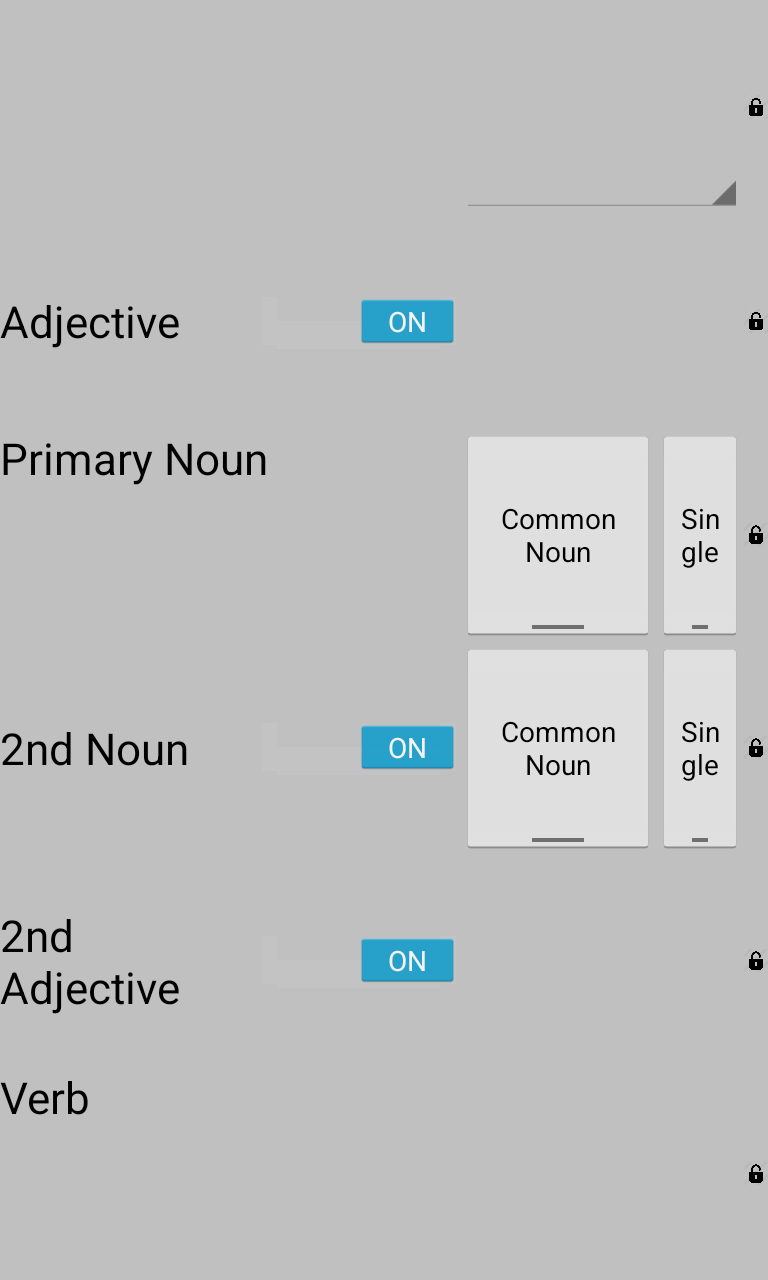
Repository: TheDizzler/TableTopTools
Layout: RPGTools/res/layout/fragment_cause_controls.xml
These files come from the project's save history. The layout is drawn as it stood at one moment and after the next save; the edit follows.
It is drawn on a 768 x 1280 px phone screen (xhdpi) without system bars, with theme AppTheme; the app's code is not run.

Above is the layout before, as saved 2017-03-26 19:31:46.

After the next save:
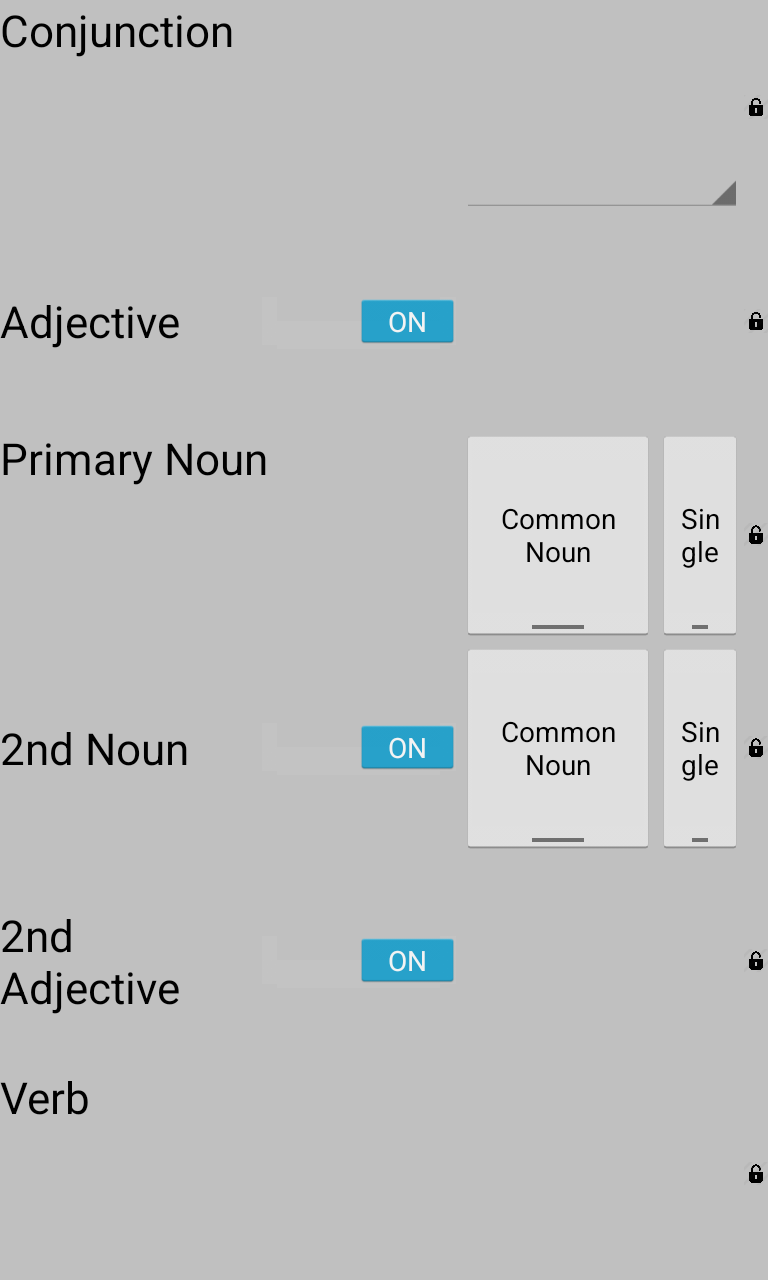
Saved 29 s later.
--- a/RPGTools/res/layout/fragment_cause_controls.xml
+++ b/RPGTools/res/layout/fragment_cause_controls.xml
@@ -12,6 +12,7 @@
         android:layout_width="match_parent"
         android:layout_height="wrap_content"
         android:layout_weight="1"
+
         android:weightSum="4" >
 
         <TextView
@@ -20,9 +21,10 @@
             android:layout_height="match_parent"
             android:layout_span="1"
             android:layout_weight="1"
-            android:textColorHighlight="Conjunction"
-            android:textAppearance="?android:attr/textAppearanceLarge"
-            android:textColor="#FFFFFF00" />
+             android:textSelectHandleLeft="#FFFFFF00"
+            android:text="Conjunction"
+
+            android:textAppearance="?android:attr/textAppearanceLarge" />
 
         <Spinner
             android:id="@+id/spinner_Conjunctions"
